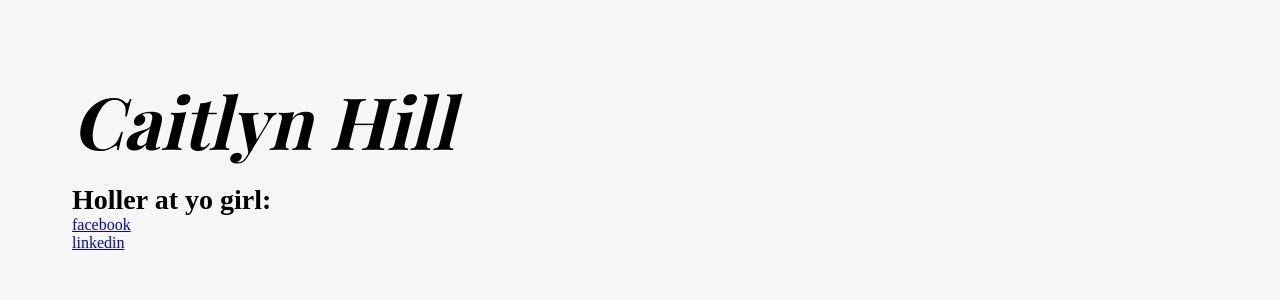
Repository: hillgang/hillgang.github.io
Page: index.html
The author's editor kept a copy of each file at every save. The page is drawn from the files as they stood at one save, then again after the next save.
The browser window is 1280 px wide. The pictures show the whole page.
Some web fonts or font styles are not loaded; a fallback is used.

Above is the page before, as saved 2019-07-31 23:25:32.

After the next save:
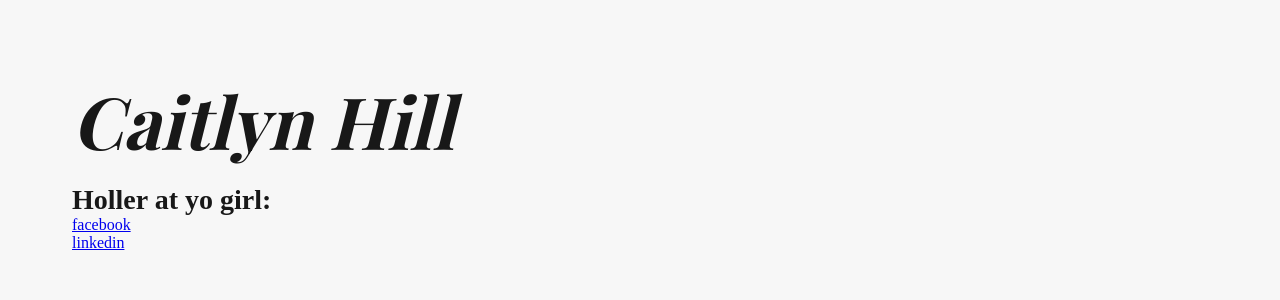
Saved 23 s later.
--- a/index.html
+++ b/index.html
@@ -19,7 +19,7 @@
         h1 {
             font-family: 'Playfair Display', serif;
             font-weight: 700;
-
+            opacity: .9;
         }
         h1 {
             font-size: 72px;
@@ -29,6 +29,7 @@
             font-family: 'Alice', serif;
             font-size: 28px;
             margin: 16px 0 0 0;
+            opacity: .9;
         }
         p, a, li {
             font-family: 'Alice', serif;
